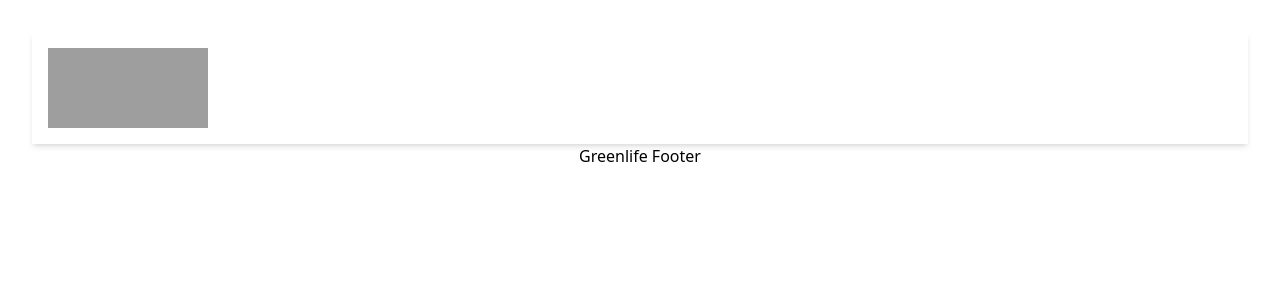
Repository: estevam02009/greenlife
Page: /
These files come from the project's save history. The page is drawn as it stood at one moment and after the next save; the edit follows.
The browser window is 1280 px wide. The pictures show the whole page.
Pictures or frames that could not be fetched are drawn as grey boxes. The project was rebuilt for these pictures with package versions that can differ from the ones it lists, and the page was loaded fresh each time. Also part of the build but not shown: vite.config.js.

Above is the page before, as saved 2025-07-23 09:39:33.

After the next save:
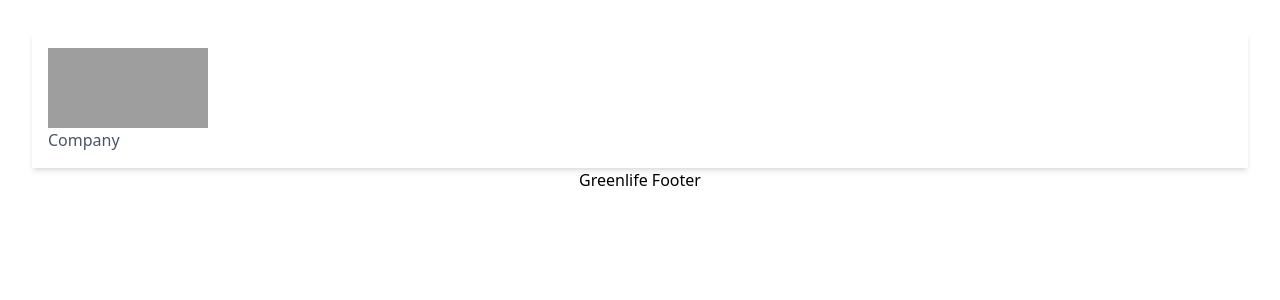
Saved 15 s later.
--- a/src/components/Navbar.jsx
+++ b/src/components/Navbar.jsx
@@ -11,7 +11,7 @@
             {/* Navegação */}
             <ul className="flex space-x-6">
                 <li>
-                    <a href="#" className="text-gray-600 hover:text-blue-600 transition duration-300"></a>
+                    <a href="#" className="text-gray-600 hover:text-blue-600 transition duration-300">Company</a>
                 </li>
             </ul>
         </nav>

After the save that followed:
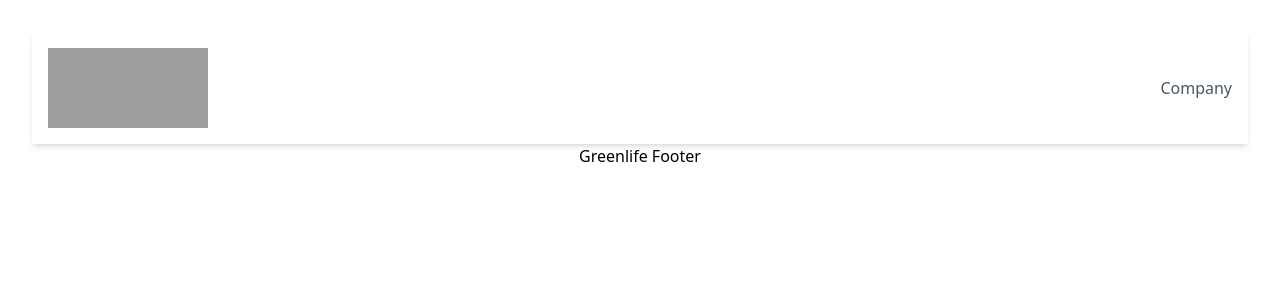
Saved 43 s later.
--- a/src/components/Navbar.jsx
+++ b/src/components/Navbar.jsx
@@ -6,14 +6,15 @@
             <div className="container mx-auto flex items-center justify-between">
                 {/* LOGO */}
                 <img src="https://greenlifecashew.com.br/wp-content/uploads/2021/05/logo_header.png" alt="Logo da Empresa" className="h-20 w-40 mr-2" />
+                {/* Navegação */}
+                <ul className="flex space-x-6">
+                    <li>
+                        <a href="#" className="text-gray-600 hover:text-blue-600 transition duration-300">Company</a>
+                    </li>
+                </ul>
             </div>
 
-            {/* Navegação */}
-            <ul className="flex space-x-6">
-                <li>
-                    <a href="#" className="text-gray-600 hover:text-blue-600 transition duration-300">Company</a>
-                </li>
-            </ul>
+
         </nav>
     )
 }
